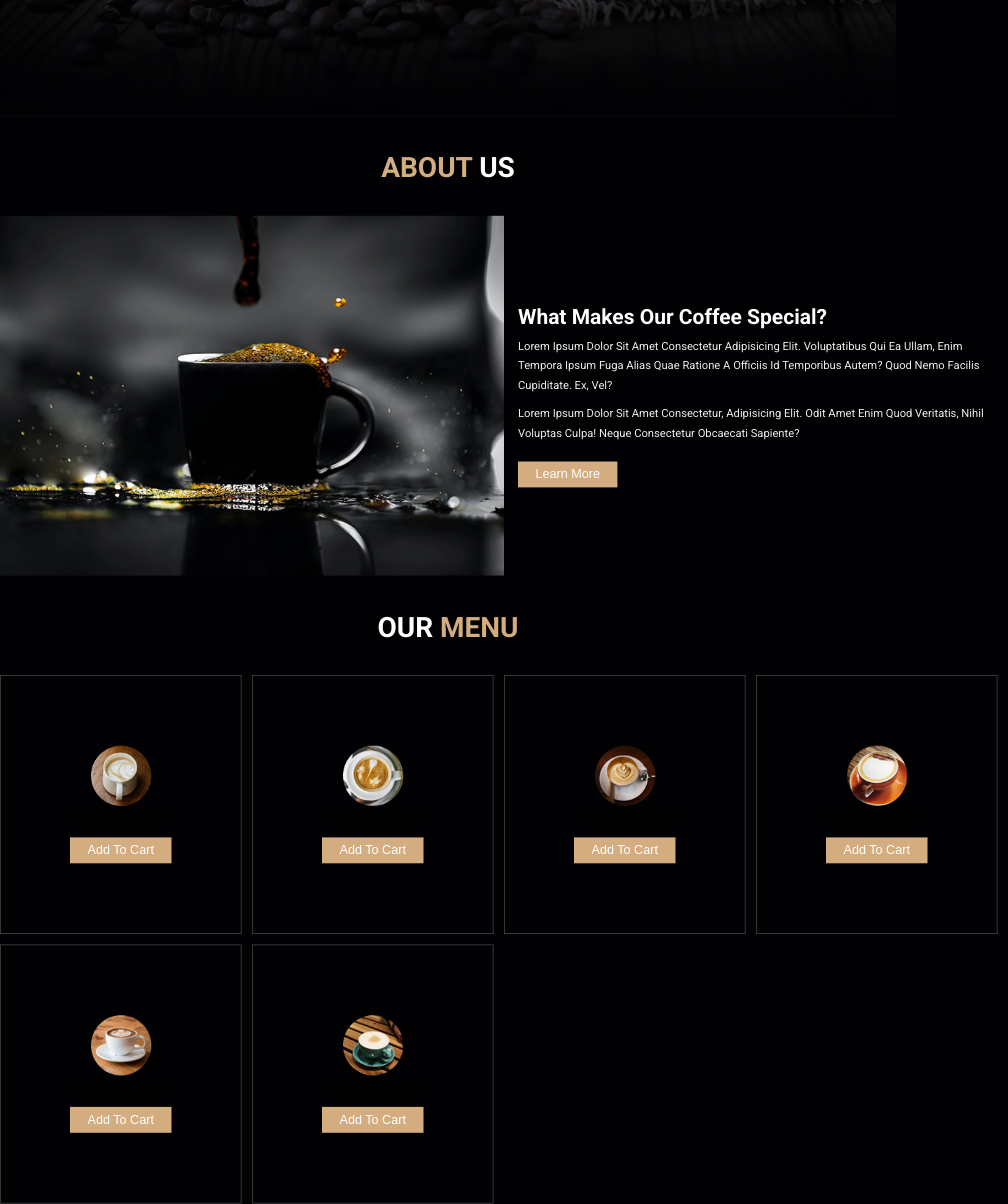
Repository: Dinhthai303/DinhThai
Page: index.html
An editor plug-in stored every save of this project. The page is shown before and after the next save, followed by the edit.
The browser window is 1280 px wide. The page is 1440 px wide, so the pictures cover 1440 px, including what lies to the right of the window. The pictures show the part of the page from y = 775 to 2495 px (the page is 2495 px tall), at 70% of full size.

Above is the page before, as saved 2021-11-28 00:36:26.

### index.html
<!DOCTYPE html>
<html lang="en">

<head>
    <meta charset="UTF-8">
    <meta http-equiv="X-UA-Compatible" content="IE=edge">
    <meta name="viewport" content="width=device-width, initial-scale=1.0">
    <title>Document</title>
    <!-- FONT AWESOME -->
    <link rel="stylesheet" href="https://cdnjs.cloudflare.com/ajax/libs/font-awesome/6.0.0-beta3/css/all.min.css"
        integrity="sha512-Fo3rlrZj/k7ujTnHg4CGR2D7kSs0v4LLanw2qksYuRlEzO+tcaEPQogQ0KaoGN26/zrn20ImR1DfuLWnOo7aBA=="
        crossorigin="anonymous" referrerpolicy="no-referrer" />
    <!-- GOOLE FONT -->
    <link rel="preconnect" href="https://fonts.googleapis.com">
    <link rel="preconnect" href="https://fonts.gstatic.com" crossorigin>
    <link href="https://fonts.googleapis.com/css2?family=Roboto:wght@300;400;500;700&display=swap" rel="stylesheet">
    <!-- MAIN CSS -->
    <link rel="stylesheet" href="./css/style.css">
</head>

<body>
    <header class="header">
        <div class="container">
            <div class="header__content">
                <div class="header__logo">
                    <img src="./images/logo.png" alt="">
                </div>
                <ul class="header__menu">
                    <li class="header__item"><a class="header__link" href="#">Home</a></li>
                    <li class="header__item"><a class="header__link" href="#">About</a></li>
                    <li class="header__item"><a class="header__link" href="#">Menu</a></li>
                    <li class="header__item"><a class="header__link" href="#">Product</a></li>
                    <li class="header__item"><a class="header__link" href="#">Review</a></li>
                    <li class="header__item"><a class="header__link" href="#">Contact</a></li>
                    <li class="header__item"><a class="header__link" href="#">Blog</a></li>
                </ul>
                <div class="header__icon">
                    <i class="fa fa-search"></i>
                    <i class="fa fa-shopping-cart"></i>
                </div>
            </div>
        </div>
    </header>
    <section class="banner">
        <div class="banner__content">
            <img class="banner__image" src="./images/home-img.jpeg" alt="">
            <div class="banner__text">
                <h3 class="banner__title">FRESH COFFEE IN THE MORNING</h3>
                <p class="banner__desc">Lorem Ipsum, Dolor Sit Amet Consectetur Adipisicing Elit. Placeat Labore, Sint
                    Cupiditate Distinctio Tempora Reiciendis.</p>
                <button class="btn">Get Your now</button>
            </div>
        </div>
    </section>
    <section class="about">
        <h2 class="heading">About <span>us</span></h2>
        <div class="container">
            <div class="about__content">
                <div class="about__left">
                    <img class="about__image" src="./images/about-img.jpeg" alt="">
                </div>
                <div class="about__right">
                    <div class="about__text">
                        <h2 class="about__title">What Makes Our Coffee Special?</h2>
                        <p class="about__desc">Lorem Ipsum Dolor Sit Amet Consectetur Adipisicing Elit. Voluptatibus Qui
                            Ea Ullam, Enim Tempora Ipsum Fuga Alias Quae Ratione A Officiis Id Temporibus Autem? Quod
                            Nemo Facilis Cupiditate. Ex, Vel?</p>
                        <p class="about__desc">Lorem Ipsum Dolor Sit Amet Consectetur, Adipisicing Elit. Odit Amet Enim
                            Quod Veritatis, Nihil Voluptas Culpa! Neque Consectetur Obcaecati Sapiente?</p>
                        <button class="btn about__button">Learn More</button>
                    </div>
                </div>
            </div>
        </div>
    </section>
    <section class="menu">
        <h2 class="heading"><span>our</span> menu</h2>
        <div class="container">
            <div class="menu__content">
                <div class="menu__item">
                    <img src="./images/menu-1.png" alt="" class="menu__img">
                    <h3 class="menu__title">Tasty And Healty
                    </h3>
                    <div class="menu__price">$15.99 <span class="menu__price--old">20.99</span></div>
                    <button class="btn menu__button">Add To Cart</button>
                </div>
                <div class="menu__item">
                    <img src="./images/menu-2.png" alt="" class="menu__img">
                    <h3 class="menu__title">Tasty And Healty
                    </h3>
                    <div class="menu__price">$15.99 <span class="menu__price--old">20.99</span></div>
                    <button class="btn menu__button">Add To Cart</button>
                </div>
                <div class="menu__item">
                    <img src="./images/menu-3.png" alt="" class="menu__img">
                    <h3 class="menu__title">Tasty And Healty
                    </h3>
                    <div class="menu__price">$15.99 <span class="menu__price--old">20.99</span></div>
                    <button class="btn menu__button">Add To Cart</button>
                </div>
                <div class="menu__item">
                    <img src="./images/menu-4.png" alt="" class="menu__img">
                    <h3 class="menu__title">Tasty And Healty
                    </h3>
                    <div class="menu__price">$15.99 <span class="menu__price--old">20.99</span></div>
                    <button class="btn menu__button">Add To Cart</button>
                </div>
                <div class="menu__item">
                    <img src="./images/menu-5.png" alt="" class="menu__img">
                    <h3 class="menu__title">Tasty And Healty
                    </h3>
                    <div class="menu__price">$15.99 <span class="menu__price--old">20.99</span></div>
                    <button class="btn menu__button">Add To Cart</button>
                </div>
                <div class="menu__item">
                    <img src="./images/menu-6.png" alt="" class="menu__img">
                    <h3 class="menu__title">Tasty And Healty
                    </h3>
                    <div class="menu__price">$15.99 <span class="menu__price--old">20.99</span></div>
                    <button class="btn menu__button">Add To Cart</button>
                </div>
            </div>
        </div>
    </section>
    <section class="products"></section>
    <section class="review"></section>
    <section class="contact"></section>
    <section class="blog"></section>
    <footer class="footer"></footer>
</body>

</html>

### css/style.css
*{
    margin: 0;
    padding: 0;
    box-sizing: border-box;
}
body{
    font-family: 'Roboto', sans-serif;
    background-color: #010103;
    font-weight: 400;
}
.heading{
    color: #D3AD7F;
    text-transform: uppercase;
    font-size: 40px;
    text-align: center;
    margin-bottom: 45px;
    margin-top: 50px;
}
.heading span{
    color: white;
}
.container{
    width: 1440px;
    margin: 0 auto;
}
.header{
    background-color: #010103;
    border-bottom: 1px solid #4D4E4F;
}
.header__content{
    display: flex;
    justify-content: space-between;
    align-items: center;
    background-color: #010103;
    padding: 15px 0;
}
.header__menu{
    display: flex;
    list-style: none;
    gap: 20px;
}
.header__item:hover .header__link{
    color: #D3AD7F;
}
.header__item:hover .header__link::after{
    opacity: 1;
    transform: translateY(7px);
}
.header__link::after{
    content: "";
    width: 100%;
    height: 2px;
    position: absolute;
    left: 0;
    bottom: 0;
    background-color: #D3AD7F;
    transition: all .5s;
    opacity: 0;
}
.header__link{
    position: relative;
    color: white;
    text-decoration: none;
}
.header__icon i{
    color: white;
    font-size: 23px;
    margin: 0 10px;
    cursor: pointer;
}
.header__icon i:hover{
    color: #D3AD7F;
}
.header__logo img{
    width: 70px;
}
.banner__content{
    position: relative;
    width: 100%;
    height: 850px;
}
.banner__image{
    width: 100%;
    height: 100%;
    object-fit: cover;
}
.banner__text{
    position: absolute;
    top: 50%;
    left: 120px;
    transform: translateY(-50%);
    width: 570px;
}
.banner__title{
    font-size: 58px;
    color: white;
}
.banner__desc{
    font-size: 20px;
    color: rgb(238, 238, 238);
    font-weight: lighter;
    line-height: 1.8;
    margin: 20px 0;
}
.btn{
    background-color: #D3AD7F;
    border: none;
    color: white;
    padding: 8px 25px;
    font-size: 18px;
}

.about__image{
    width: 100%;
    display: block;
}
.about__left, .about__right{
    width: 50%;
}
.about__content{
    display: flex;
}
.about__title{
    color: white;
    font-size: 30px;
}
.about__right{
    display: flex;
    align-items: center;
}
.about__desc{
    color: rgb(238, 238, 238);
    margin-top: 10px;
    line-height: 1.8;
}
.about__button{
    margin-top: 25px;
}
.about__text{
    margin-left: 20px;
}
.menu__content{
    display: flex;
    flex-wrap: wrap;
    gap: 15px;
}
.menu__item{
    width: calc(25% - 15px);
    border: 1px solid #4D4E4F;
    padding: 100px 50px;
    text-align: center;
}

After the next save:
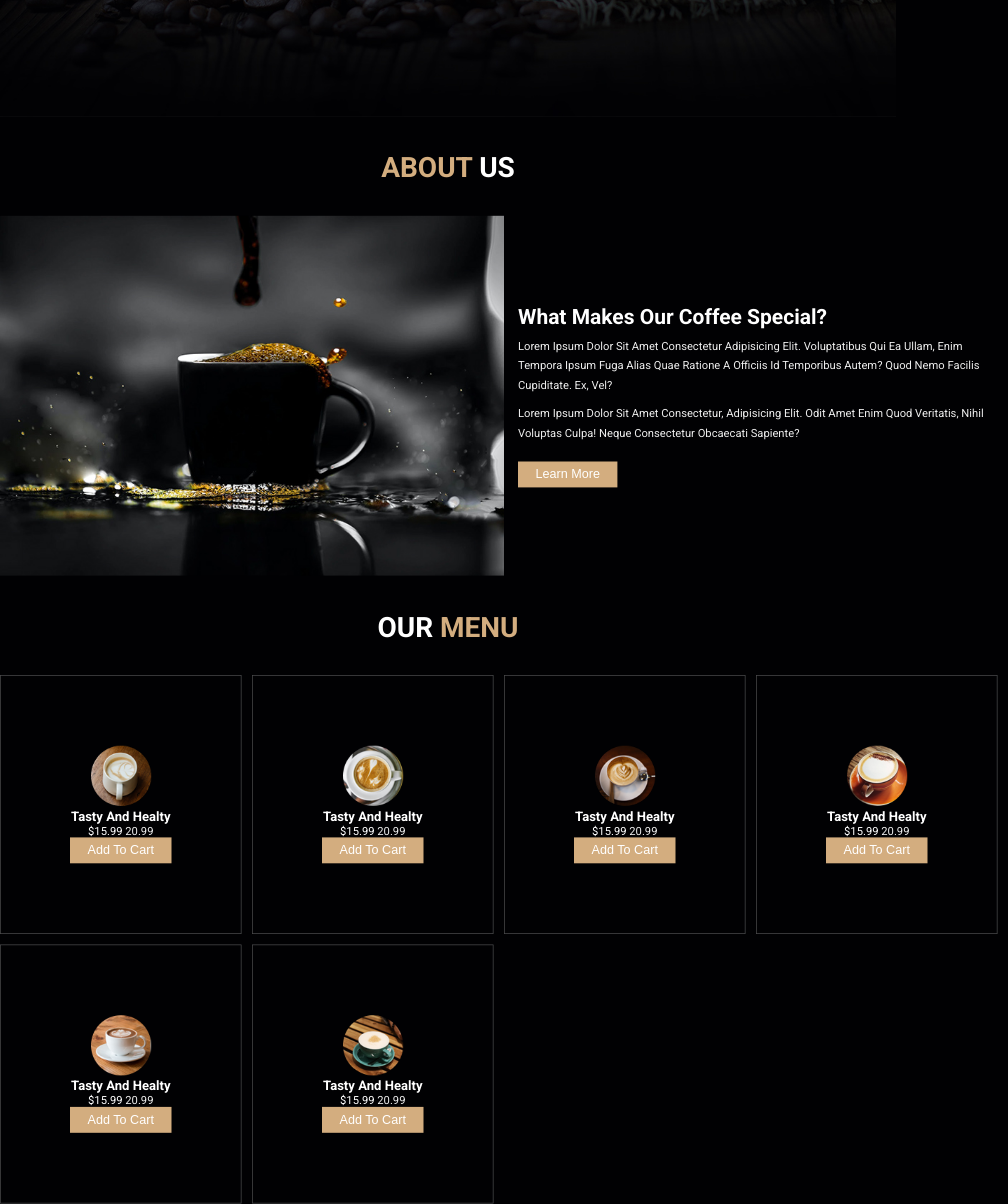
Saved 57 s later.
--- a/css/style.css
+++ b/css/style.css
@@ -150,3 +150,12 @@ body{
     padding: 100px 50px;
     text-align: center;
 }
+.menu__title{
+    color: white;
+}
+.menu__price{
+    color: white;
+}
+.menu__price span{
+    color: rgb(238, 238, 238);
+}
